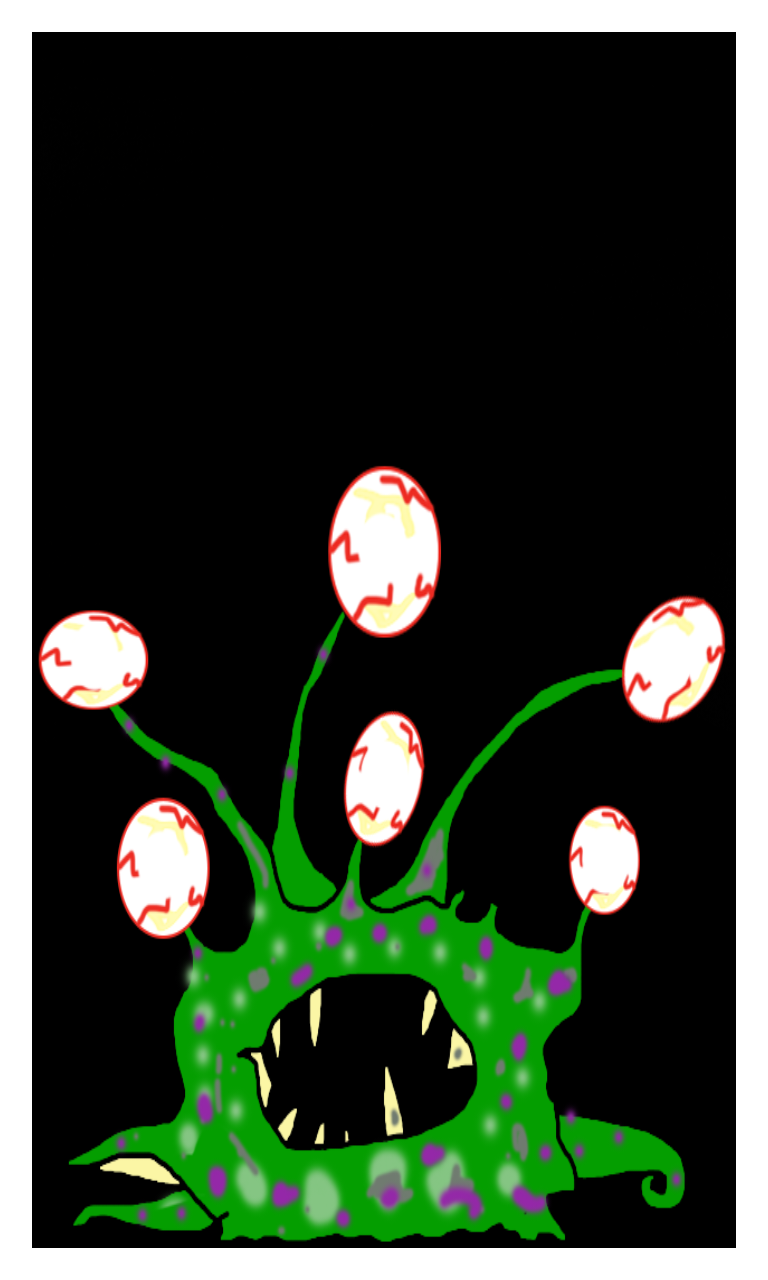
Repository: svandenhout/EvilSpaceMonsterHangman
Layout: evilSpaceMonsterHangman/res/layout/activity_main.xml
An editor plug-in stored every save of this project. The layout is shown before and after a run of saves, followed by the edit.
It is drawn on a 768 x 1280 px phone screen (xhdpi) without system bars, with theme AppTheme; the app's code is not run.

Above is the layout before, as saved 2013-12-16 19:36:58.

After the next 2 saves:
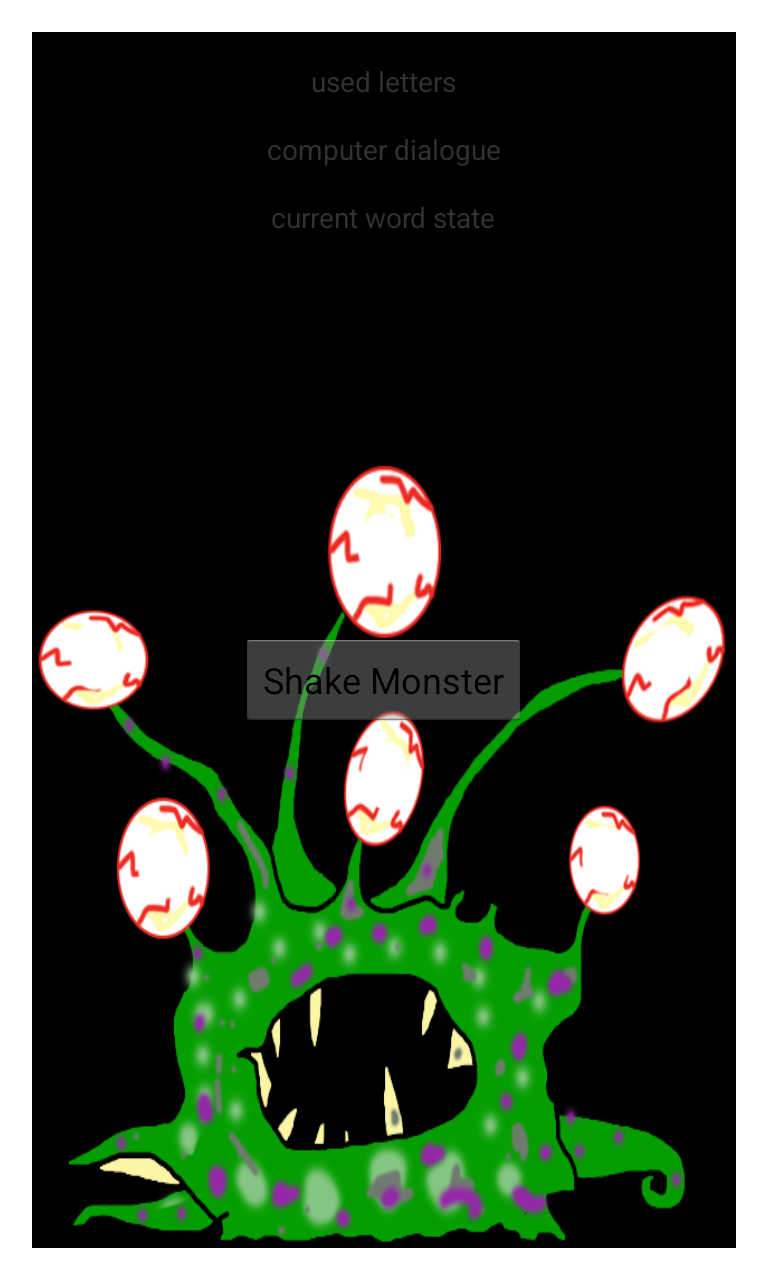
The 2 saves are shown as one change because they came seconds apart.
The last was saved 46 s later.
--- a/evilSpaceMonsterHangman/res/layout/activity_main.xml
+++ b/evilSpaceMonsterHangman/res/layout/activity_main.xml
@@ -8,6 +8,12 @@
               android:paddingBottom="@dimen/activity_vertical_margin"
               tools:context=".MainActivity"
               android:orientation="vertical">
+
+    <ImageView
+        android:id="@+id/space_monster"
+        android:layout_width="fill_parent"
+        android:layout_height="fill_parent"
+        android:background="@drawable/spacemonster"/>
 
     <TextView
             android:id="@+id/usedLetters"
@@ -96,10 +102,6 @@
         android:layout_marginTop="300dp"
         android:text="@string/shake_monster"/>
 
-    <ImageView
-        android:id="@+id/space_monster"
-        android:layout_width="fill_parent"
-        android:layout_height="fill_parent"
-        android:background="@drawable/spacemonster"/>
+
 
 </RelativeLayout>
